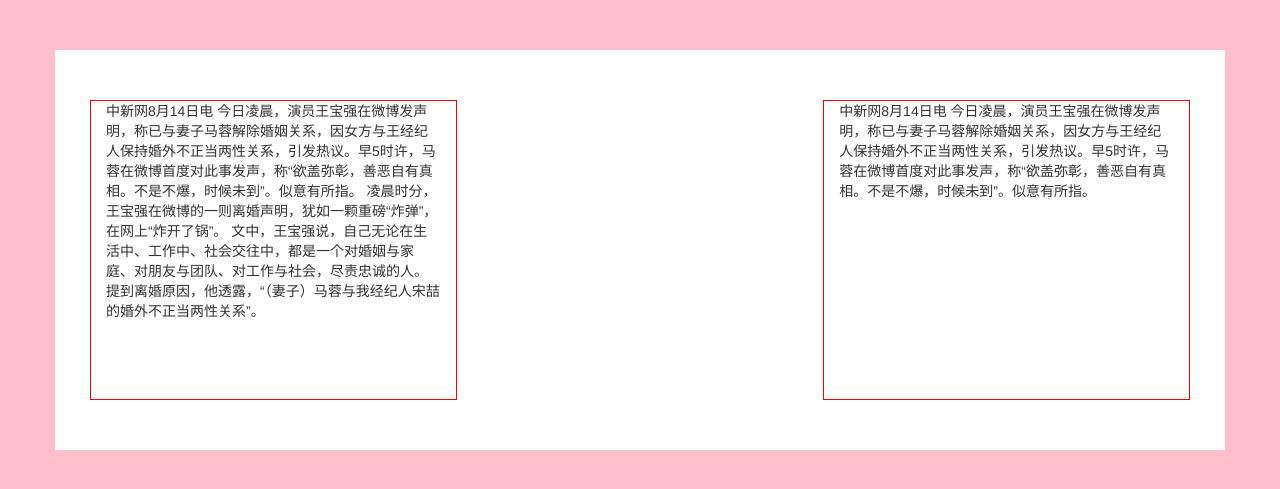
Repository: linkosong/mine
Page: workspaces/activity/src/main/webapp/WEB-INF/index.html
An editor plug-in stored every save of this project. The page is shown before and after the next save, followed by the edit.
The browser window is 1280 px wide. The pictures show the whole page.

Above is the page before, as saved 2016-11-15 10:36:18.

After the next save:
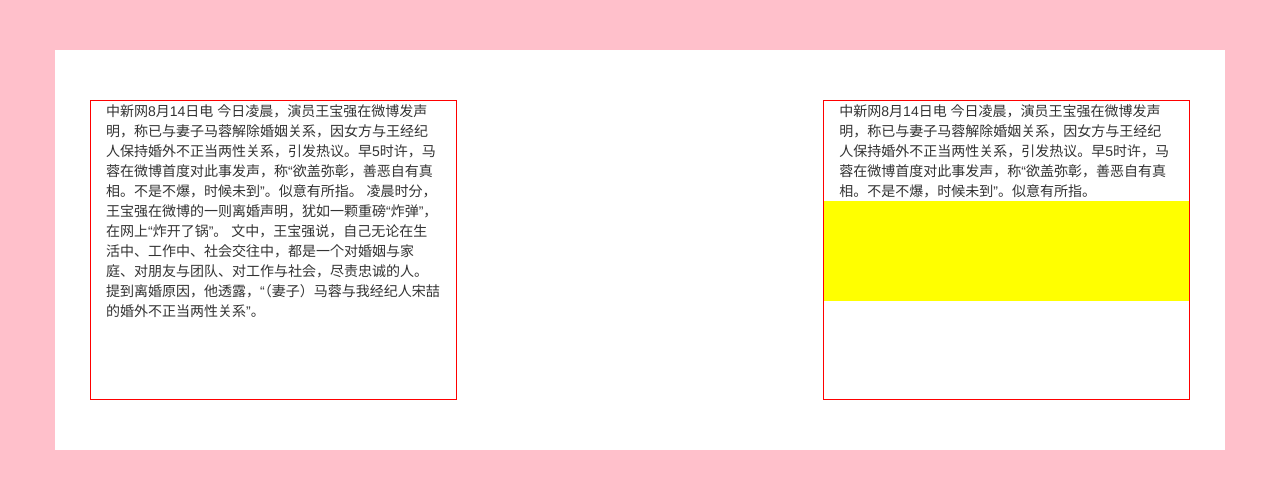
Saved 71 s later.
--- a/workspaces/activity/src/main/webapp/WEB-INF/index.html
+++ b/workspaces/activity/src/main/webapp/WEB-INF/index.html
@@ -29,8 +29,8 @@
 					今日凌晨，演员王宝强在微博发声明，称已与妻子马蓉解除婚姻关系，因女方与王经纪人保持婚外不正当两性关系，引发热议。早5时许，马蓉在微博首度对此事发声，称“欲盖弥彰，善恶自有真相。不是不爆，时候未到”。似意有所指。
 <!-- 				嵌套栅格系统  一个新的栅格布局-->
 					<div class="row">
-						<div class="col-md-6"></div>
-						<div class="col-md-6"></div>
+						<div class="col-md-6" style="height:100px;background-color:yellow;"></div>
+						<div class="col-md-6"  style="height:100px;background-color:yellow;"></div>
 					</div>
 				</div>
 
